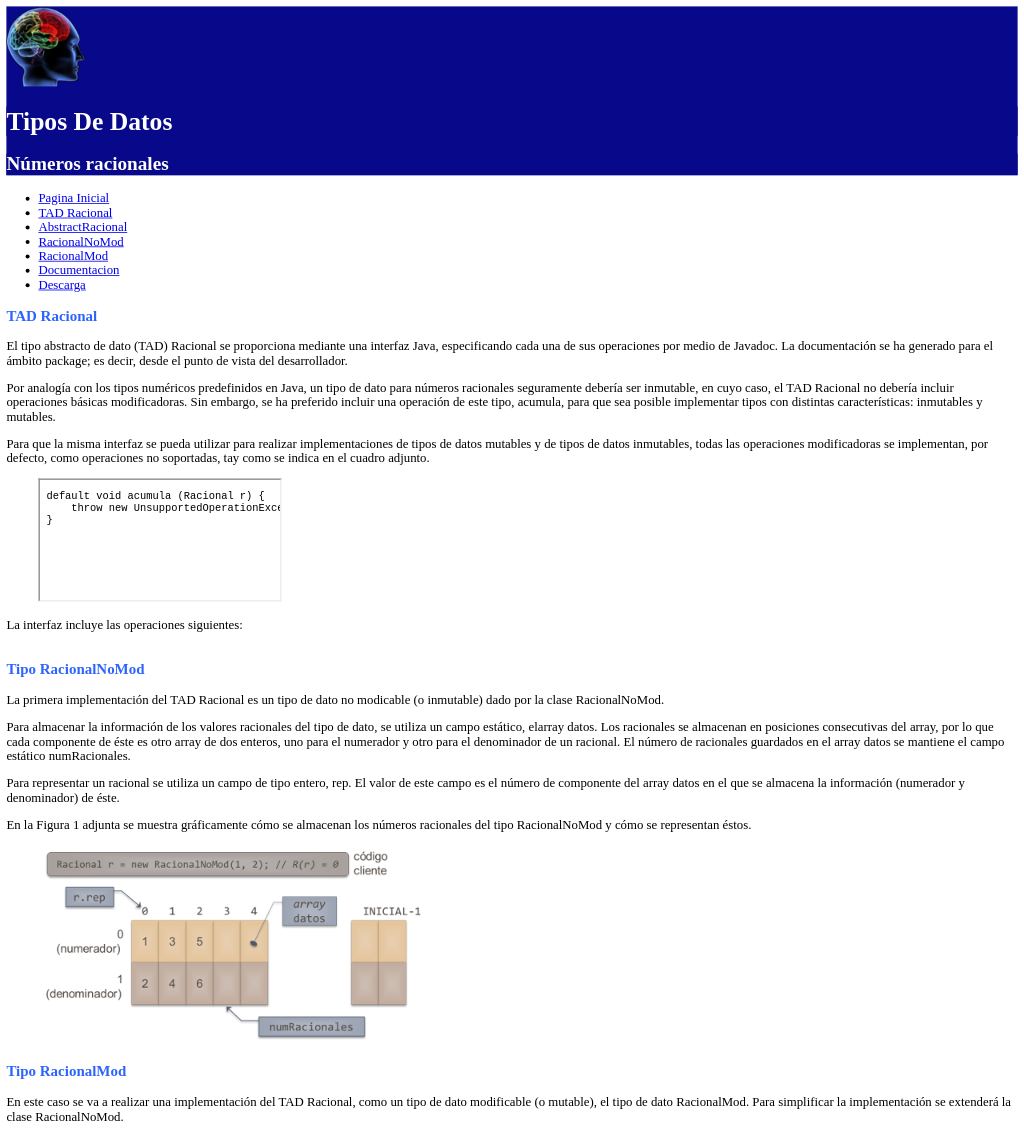
Repository: dgsama/Curso17
Page: SEW/WorkSpace/Practica02/html/index.html
These files come from the project's save history. The page is drawn as it stood at one moment and after the next save; the edit follows.
The browser window is 1280 px wide. The pictures show the whole page, at 80% of full size.

Above is the page before, as saved 2016-10-05 10:41:40.

After the next save:
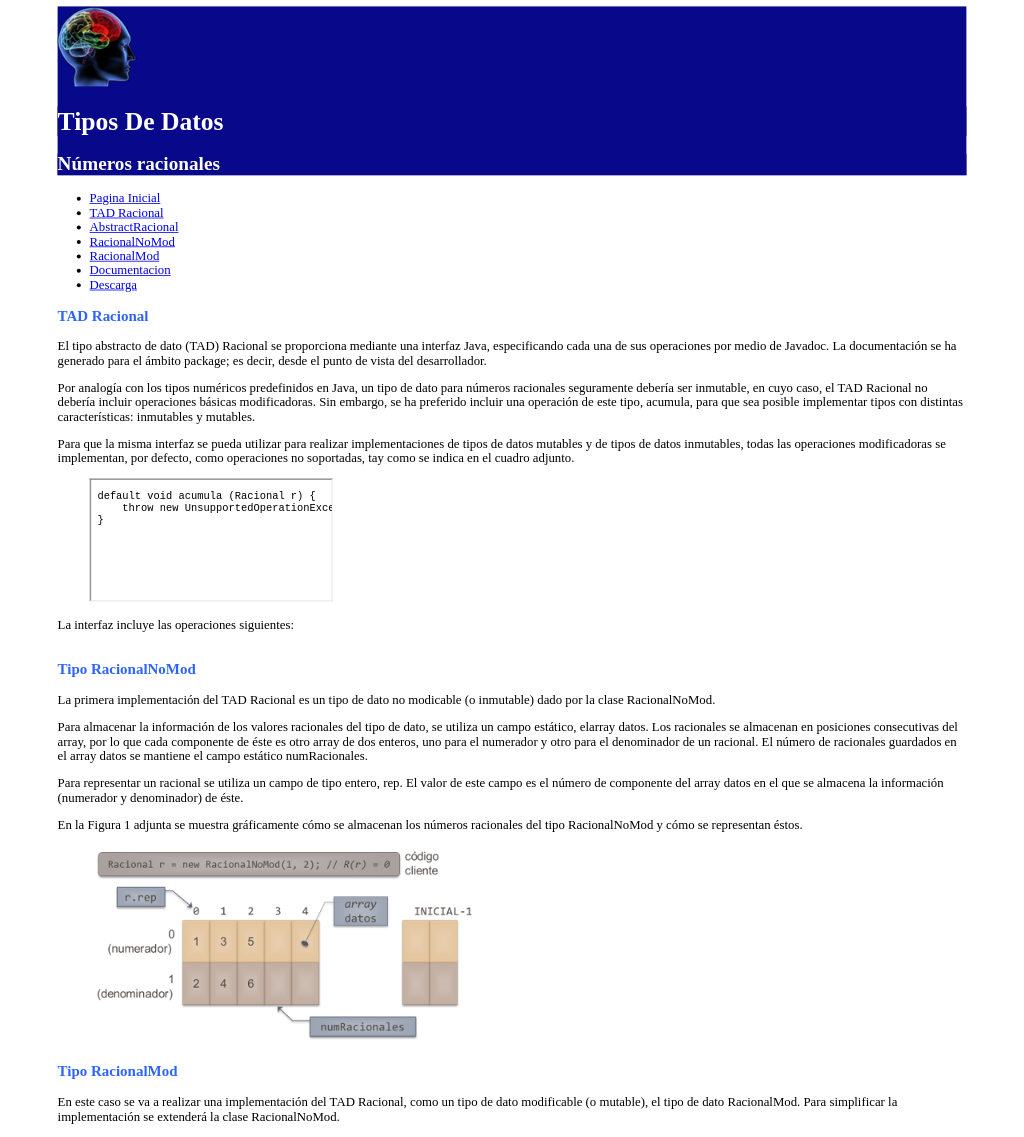
Saved 4 s later.
--- a/SEW/WorkSpace/Practica02/html/css/estDatos.css
+++ b/SEW/WorkSpace/Practica02/html/css/estDatos.css
@@ -6,8 +6,8 @@
 }
 
 html {
-    width:90%
-    margin: auto
+    width:90%;
+    margin: auto;
 }
 
 header {
